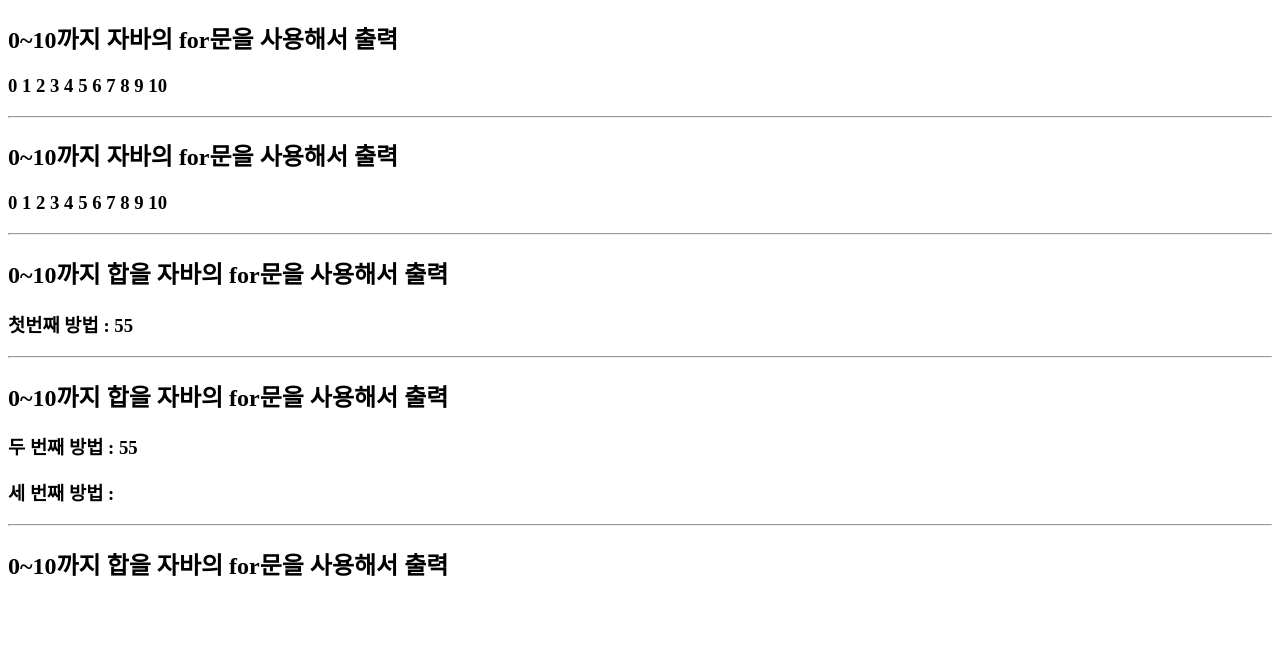
Repository: wjsjsn/23_jspstudy
Page: http://localhost/02_jsp/view/ex02_script.jsp
The author's editor kept a copy of each file at every save. The page is drawn from the files as they stood at one save, then again after the next save.
The browser window is 1280 px wide. The pictures show the whole page.
The page is served by Tomcat 9. The template is opened directly, without the code that normally fills it, so the values that code supplies are empty.

Above is the page before, as saved 2023-07-04 01:46:10.

After the next save:
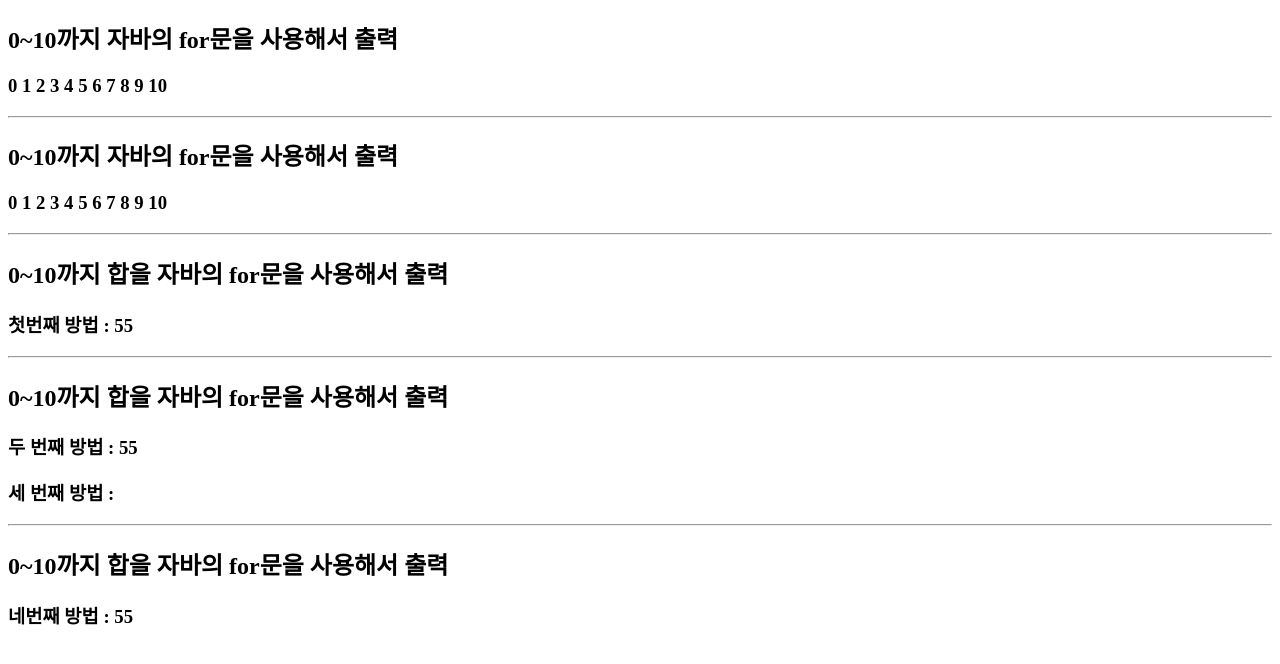
Saved 34 s later.
--- a/02_jsp/src/main/webapp/view/ex02_script.jsp
+++ b/02_jsp/src/main/webapp/view/ex02_script.jsp
@@ -61,6 +61,7 @@
 				for(int i = 0; i < 11; i++){
 					sum3 = sum3 + i ;
 				}
+			out.println("<h3>네번째 방법 : " + sum3 + "</h3>");
 			%>
 </body>
 </html>
